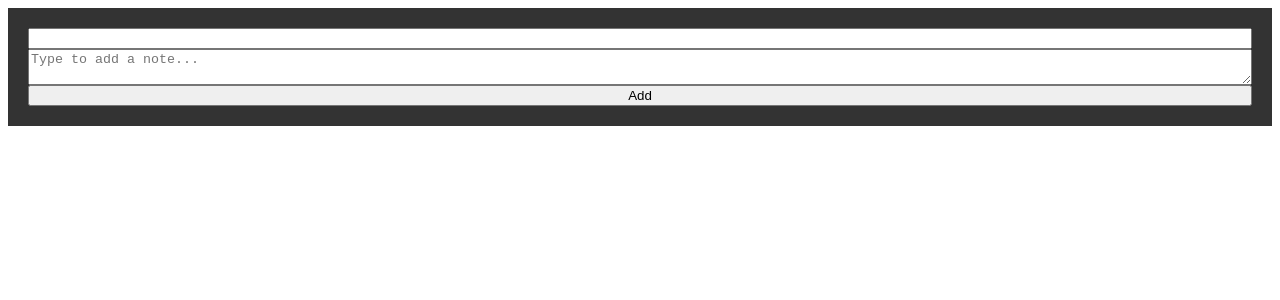
Repository: AJANI2005/Notes-App
Page: /
These files come from the project's save history. The page is drawn as it stood at one moment and after the next save; the edit follows.
The browser window is 1280 px wide. The pictures show the whole page.
The project was rebuilt for these pictures with package versions that can differ from the ones it lists, and the page was loaded fresh each time. Also part of the build but not shown: vite.config.ts.

Above is the page before, as saved 2025-07-31 15:27:31.

After the next save:
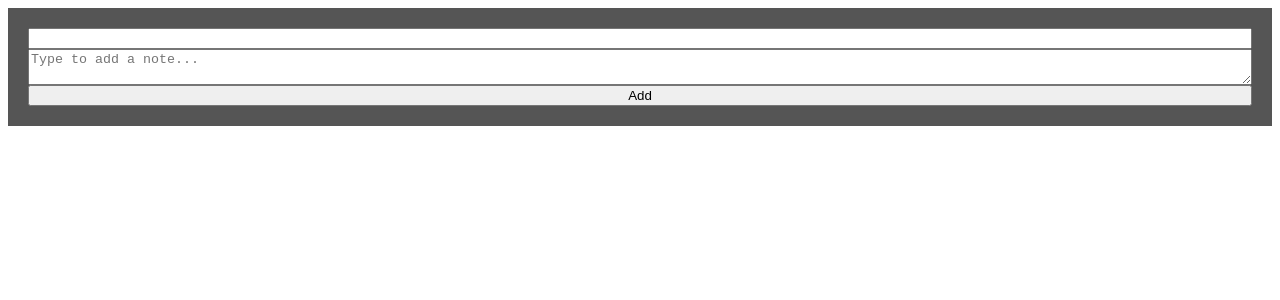
Saved 4 s later.
--- a/src/App.css
+++ b/src/App.css
@@ -2,5 +2,5 @@
   display: flex;
   flex-direction: column;
   padding: 20px;
-  background-color: #333;
+  background-color: #555;
 }
